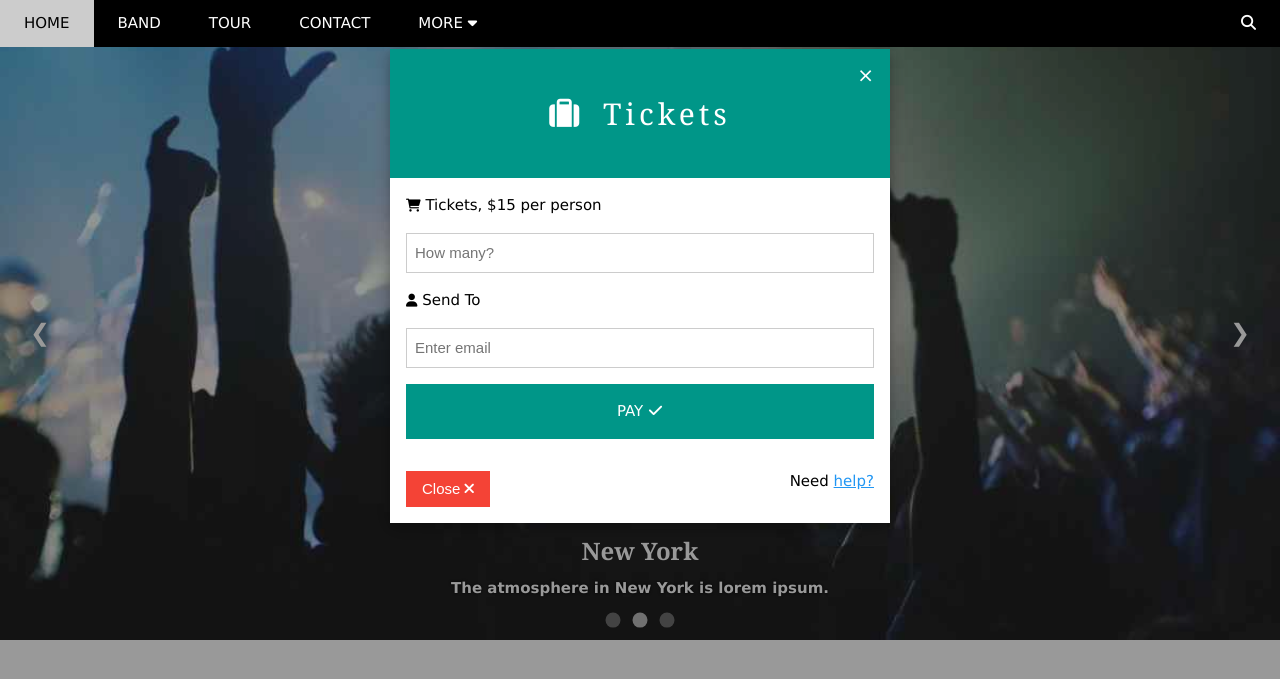
Repository: tam1512/The-Band
Page: index.html
The author's editor kept a copy of each file at every save. The page is drawn from the files as they stood at one save, then again after the next save.
The browser window is 1280 px wide. The pictures show the window.
A layer covers the whole window, so only the first screen is drawn. Some web libraries are served in a nearby version.

Above is the page before, as saved 2022-07-25 10:44:23.

### index.html
<!DOCTYPE html>
<html lang="en">
  <head>
    <meta charset="UTF-8" />
    <meta http-equiv="X-UA-Compatible" content="IE=edge" />
    <meta name="viewport" content="width=device-width, initial-scale=1.0" />
    <link
      rel="stylesheet"
      href="https://cdnjs.cloudflare.com/ajax/libs/font-awesome/6.1.1/css/all.min.css"
      integrity="sha512-KfkfwYDsLkIlwQp6LFnl8zNdLGxu9YAA1QvwINks4PhcElQSvqcyVLLD9aMhXd13uQjoXtEKNosOWaZqXgel0g=="
      crossorigin="anonymous"
      referrerpolicy="no-referrer"
    />
    <link rel="stylesheet" href="./assets/css/style.css" />
    <title>The Band</title>
  </head>
  <body>
    <div class="container">
      <!-- header -->
      <div class="header" id="home">
        <ul class="header_nav">
          <li><a href="#home">HOME</a></li>
          <li><a href="#band">BAND</a></li>
          <li><a href="#tour">TOUR</a></li>
          <li><a href="#contact">CONTACT</a></li>
          <li class="header_nav_dropdown">
            <a href="javascript:void(0)" class="dropbtn">
              MORE
              <i class="fa-solid fa-caret-down"></i>
            </a>
            <div class="dropdown-content">
              <a href="#">Merchandise</a>
              <a href="#">Extras</a>
              <a href="#">Media</a>
            </div>
          </li>
        </ul>
        <div id="header_search">
          <i class="fa-solid fa-magnifying-glass text-white"></i>
        </div>
      </div>
      <!-- Slideshow container -->
      <div class="slider">
        <!-- Full-width image with caption text -->
        <div class="slider_slides-cont">
          <div class="slider_slide">
            <img src="assets/img/la.jpg" alt="Los Angeles" />
            <div class="text padding-32-16 text-white">
              <h3 class="fz-24 margin-10-0">Los Angeles</h3>
              <p class="margin-15-0">
                <b class="text-shadow">We had the bes time playing at Venice Beach!</b>
              </p>
            </div>
          </div>

          <div class="slider_slide">
            <img src="assets/img/ny.jpg" alt="New York" />
            <div class="text padding-32-16 text-white">
              <h3 class="fz-24 margin-10-0">New York</h3>
              <p class="margin-15-0">
                <b class="text-shadow">The atmosphere in New York is lorem ipsum.</b>
              </p>
            </div>
          </div>

          <div class="slider_slide">
            <img src="assets/img/chicago.jpg" alt="Chicago" />
            <div class="text padding-32-16 text-white">
              <h3 class="fz-24 margin-10-0">Chicago</h3>
              <p class="margin-15-0">
                <b class="text-shadow">Thank you, Chicago - A night we won't forget</b>
              </p>
            </div>
          </div>
        </div>

        <!-- The pagination/circles -->
         <div class="slider_pagination"></div>

        <!-- Next and previous buttons (navigatin slide)-->
        <a class="prev">&#10094</a>
        <a class="next">&#10095</a>
      </div>
      <div class="content">
          <div class="padding-64-16 text-center" id="band">
            <h2 class="tilte fz-30 margin-10-0">THE BAND</h2>
            <p class="margin-15-0"><i class="sub-title opacity">We love music</i></p>
            <p class="band_content margin-15-0 text-justify">We have created a fictional band website. Lorem ipsum dolor sit amet, consectetur adipiscing elit, sed do eiusmod tempor incididunt ut labore et dolore magna aliqua. Ut enim ad minim veniam, quis nostrud exercitation ullamco laboris nisi ut aliquip ex ea commodo consequat. Duis aute irure dolor in reprehenderit in voluptate velit esse cillum dolore eu fugiat nulla pariatur. Excepteur sint occaecat cupidatat non proident, sunt in culpa qui officia deserunt mollit anim id est laborum consectetur adipiscing elit, sed do eiusmod tempor incididunt ut labore et dolore magna aliqua. Ut enim ad minim veniam, quis nostrud exercitation ullamco laboris nisi ut aliquip ex ea commodo consequat.</p>
            <div class="row band_members padding-32-0">
              <div class="third band_member">
                <p class="margin-15-0">Name</p>
                <img src="assets/img/bandmember.jpg" alt="band member" class="band_member_img margin-bottom-16">
              </div>
              <div class="third band_member">
                <p class="margin-15-0">Name</p>
                <img src="assets/img/bandmember.jpg" alt="band member" class="band_member_img margin-bottom-16">
              </div>
              <div class="third band_member">
                <p class="margin-15-0">Name</p>
                <img src="assets/img/bandmember.jpg" alt="band member" class="band_member_img margin-bottom-16">
              </div>
            </div>
            <!-- <div style="clear: both;"></div> -->
          </div>
          <div class="backgroud-black" id="tour">
            <div class="tour-container padding-64-16 text-center text-white">
              <h2 class="tilte fz-30 margin-10-0">TOUR DATES</h2>
              <p class="margin-15-0"><i class="sub-title">Remember to book your tickets!</i></p>
              <br>
              <ul class="list-month backgroud-white">
                <li class="month-item padding-8-16 boder-bottom">
                  <p class="month text-grey">September</p>
                  <span class="ticket-sold-out text-white">Sold out</span>
                </li>
                <li class="month-item padding-8-16 boder-bottom">
                  <p class="month text-grey">October</p>
                  <span class="ticket-sold-out text-white">Sold out</span>
                </li>
                <li class="month-item padding-8-16 boder-bottom">
                  <p class="month text-grey">November</p>
                  <span class="ticket-still text-white">3</span>
                </li>
              </ul>

              <div class="row ticket-list padding-32-8">
                <div class="ticket-wrap third margin-bottom-16 padding-0-8">
                  <img class="ticket-img img opacity" src="assets/img/newyork.jpg" alt="Ticket New Yourk">
                  <div class="ticket-content padding-0-16 backgroud-white text-left">
                    <p class="ticket-name margin-15-0 text-black"><b>New Yourk</b></p>
                    <p class="ticket-time margin-15-0 text-grey">Fri 27 Nov 2016</p>
                    <p class="ticket-desc margin-15-0 text-black">Praesent tincidunt sed tellus ut rutrum sed vitae justo.</p>
                    <button class="btn-buy-ticket btn margin-bottom-16">Buy Ticket</button>
                  </div>
                </div>
                <div class="ticket-wrap third margin-bottom-16 padding-0-8">
                  <img class="ticket-img img opacity" src="assets/img/paris.jpg" alt="Ticket Chicago">
                  <div class="ticket-content padding-0-16 backgroud-white text-left">
                    <p class="ticket-name margin-15-0 text-black"><b>Paris</b></p>
                    <p class="ticket-time margin-15-0 text-grey">Sat 28 Nov 2016</p>
                    <p class="ticket-desc margin-15-0 text-black">Praesent tincidunt sed tellus ut rutrum sed vitae justo.</p>
                    <button class="btn-buy-ticket btn margin-bottom-16">Buy Ticket</button>
                  </div>
                </div>
                <div class="ticket-wrap third margin-bottom-16 padding-0-8">
                  <img class="ticket-img img opacity" src="assets/img/sanfran.jpg" alt="Ticket San Francisco">
                  <div class="ticket-content padding-0-16 backgroud-white text-left">
                    <p class="ticket-name margin-15-0 text-black"><b>San Francisco</b></p>
                    <p class="ticket-time margin-15-0 text-grey">Sun 29 Nov 2016</p>
                    <p class="ticket-desc margin-15-0 text-black">Praesent tincidunt sed tellus ut rutrum sed vitae justo.</p>
                    <button class="btn-buy-ticket btn margin-bottom-16">Buy Ticket</button>
                  </div>
                </div>
              </div>
            </div>
          </div>
      </div>
    </div>
    <!-- Ticket modal -->
    <div id="ticketModal">
     <div class="ticket-modal-content">
       <div class="modal-heading padding-32-16">
         <span class="btn-ticket-out btn">&times;</span>
         <h2 class="ticket-title text-center text-white fz-30">
           <i class="fa-solid fa-suitcase"></i>
           Tickets
         </h2>
       </div>
       <form class="ticket-form padding-0-16">
         <label class="ticket-form-label margin-16-0" for="quantity_person">
           <i class="fa-solid fa-cart-shopping"></i>
           Tickets, $15 per person
         </label>
         <input type="text" id="quantity_person" name="quantity_person" placeholder="How many?">
         <label class="ticket-form-label margin-16-0" for="email">
           <i class="fa-solid fa-user"></i>
           Send To
         </label>
         <input type="email" id="email" name="email" placeholder="Enter email">
         <a href="javascipt:void(0)" class="big-btn btn margin-16-0">
           Pay
           <i class="fa-solid fa-check"></i>
         </a>
       </form>
       <div class="modal-footer padding-0-16">
         <button class="ticket-footer-close btn margin-16-0">
           Close
           <i class="fa-solid fa-xmark"></i>
         </button>
         <p class="ticket-help margin-15-0">
           Need
           <a href="javascript::void(0);">help?</a>
         </p>
       </div>
     </div>
    </div>
    <script src="assets/js/js.js"></script>
  </body>
</html>

### assets/css/style.css
:root {
}

* {
  padding: 0em;
  margin: 0;
  box-sizing: border-box;
}

body {
  font-family: Verdana, sans-serif;
  font-size: 15px;
  line-height: 22.5px;
}

h1,
h2,
h3,
h4,
h5,
h6 {
  font-family: Georgia, serif;
}

.fz-24 {
  font-size: 24px;
}

.fz-30 {
  font-size: 30px;
}

.text-white {
  color: white;
}

.text-grey {
  color: #757575;
}

.text-black {
  color: #000;
}

.opacity {
  opacity: 0.6 !important;
}

.backgroud-black {
  background-color: #000;
}

.backgroud-white {
  background-color: #fff;
}

.text-center {
  text-align: center;
}

.text-justify {
  text-align: justify;
}

.text-left {
  text-align: left;
}

.padding-0-8 {
  padding: 0.01em 8px !important;
}

.padding-0-16 {
  padding: 0.01em 16px !important;
}

.padding-64-16 {
  padding: 64px 16px !important;
}

.padding-32-16 {
  padding: 32px 16px !important;
}

.padding-32-8 {
  padding: 32px 8px !important;
}

.padding-32-0 {
  padding: 32px 0 !important;
}

.padding-8-16 {
  padding: 8px 16px !important;
}

.padding-32 {
  padding: 32px !important;
}

.margin-0-24 {
  margin: 0 24px !important;
}

.margin-10-0 {
  margin: 10px 0 !important;
}

.margin-15-0 {
  margin: 15px 0 !important;
}

.margin-16-0 {
  margin: 16px 0 !important;
}

.margin-bottom-16 {
  margin-bottom: 16px;
}

.text-shadow {
  text-shadow: 0 0 3px #000;
}

.boder-bottom {
  border: 1px solid #ddd;
}

.btn {
  display: inline-block;
  text-decoration: none;
  color: white;
  border: none;
  outline: none;
  padding: 8px 16px;
  background-color: #000;
  font-size: 15px;
  text-align: center;
  cursor: pointer;
}

.btn:hover {
  background-color: #ccc;
  color: #000;
}

.img {
  width: 100%;
  outline: none;
  vertical-align: middle;
}

.header {
  position: fixed;
  top: 0;
  right: 0;
  left: 0;
  z-index: 2;
}

.header_nav {
  list-style-type: none;
  background-color: #000;
  overflow: hidden;
}

.header_nav > li {
  float: left;
}

.header_nav > li > a,
.dropbtn {
  display: inline-block;
  padding: 12px 24px;
  text-align: center;
  color: #fff;
  text-decoration: none;
}

.header_nav > li > a:hover,
.header_nav_dropdown:hover,
.dropbtn:hover,
.dropdown-content a:hover {
  background-color: #ccc;
  color: black;
}

li.header_nav_dropdown {
  display: inline-block;
  /* position: relative; */
}

.dropdown-content {
  display: none;
  position: absolute;
  min-width: 160px;
  background-color: #fff;
  box-shadow: 0px 8px 16px 0px rgba(0, 0, 0, 0.2);
  z-index: 1;
}

.dropdown-content a {
  color: #000 !important;
  text-align: left;
  padding: 8px 16px;
  display: block;
  text-decoration: none;
}

.header_nav_dropdown:hover .dropdown-content {
  display: block;
}

#header_search {
  position: absolute;
  top: 0;
  right: 0;
  padding: 12px 24px;
}

#header_search:hover {
  background-color: #f44336;
}

/* Slider */
/* Slideshow container */
.slider,
.slider_slides-cont {
  max-width: 100%;
  height: auto;
  position: relative;
  /* top: 47px; */
  margin: auto;
}

/* Hide the images by default */
.slider_slide {
  display: none;
}

.slider_slide:first-child {
  display: block;
}

.slider_slides-cont img {
  width: 100%;
  height: 100%;
}

/* Next & previous buttons */
.prev,
.next {
  cursor: pointer;
  position: absolute;
  top: 50%;
  transform: translate(0, -50%);
  margin: 10px;
  padding: 24px 20px;
  color: #fff;
  font-weight: bold;
  font-size: 24px;
  transition: background-color 0.6s ease;
  border-radius: 5px 5px 5px 5px;
  user-select: none;
}

/* Position the "next button" to the right */
.next {
  right: 0;
  border-radius: 5px 5px 5px 5px;
}

/* On hover, add a black backgroound color with a little bit see-through */
.prev:hover,
.next:hover {
  background-color: rgba(191, 191, 191, 0.6);
  color: rgb(26, 23, 23);
  font-weight: bolder;
}

/* Caption text */
.text {
  position: absolute;
  left: 50%;
  transform: translate(-50%, -100%);
  text-align: center;
}

.slider_pagination {
  position: absolute;
  left: 50%;
  transform: translate(-50%, -120%);
}

.slider_pagination_btn {
  cursor: pointer;
  padding: 6px;
  background-color: transparent;
  display: inline-block;
  transition: background-color 0.6s ease;
}

.slider_pagination_btn::before {
  content: "";
  display: inline-block;
  height: 15px;
  width: 15px;
  border-radius: 50%;
  background-color: #717171;
}
.slider_pagination_btn.slider_pagination_btn--sel::before,
.slider_pagination_btn:hover::before {
  background-color: #bbb;
}

/* content */

#band,
.tour-container,
#contact {
  max-width: 800px;
  margin-left: auto;
  margin-right: auto;
}

.tilte {
  font-weight: normal;
  line-height: 45px;
  letter-spacing: 4px;
}

/* band */
/* Third image */

.row:after {
  content: "";
  display: table;
  clear: both;
}

.third {
  float: left;
  width: calc(100% / 3);
}

.band_member_img {
  width: 60%;
  border-radius: 4px;
}

/* Month ticket */
.list-month {
  list-style-type: none;
  text-align: left;
}

.month-item {
  position: relative;
}

.month {
  display: inline-block;
}

.ticket-sold-out {
  display: inline-block;
  background-color: #f44336;
  padding: 0.01em 8px;
  margin-left: 16px;
}

.ticket-still {
  display: inline-block;
  padding: 0.01em 8px;
  position: absolute;
  right: 32px;
  text-align: center;
  background-color: #000;
  border-radius: 50%;
}

/* ticket list */
.ticket-list {
  margin: 0 -16px;
}

/* ticket modal */
#ticketModal {
  /* display: none; */
  position: fixed;
  top: 0;
  right: 0;
  bottom: 0;
  left: 0;
  overflow: auto;
  background-color: rgba(0, 0, 0, 0.4);
}

.ticket-modal-content {
  position: relative;
  top: 49px;
  width: 500px;
  margin: auto;
  background-color: #fff;
  box-shadow: 0 4px 10px 0 rgb(0 0 0 / 20%), 0 4px 20px 0 rgb(0 0 0 / 19%);
  animation: animationtop 0.4s;
}

.modal-heading {
  background-color: #009688;
}

.ticket-title {
  font-weight: normal;
  letter-spacing: 4px;
  margin: 10px 0;
  line-height: 45px;
}

.ticket-title i {
  margin-right: 8px;
}

.btn-ticket-out {
  position: absolute;
  top: 0;
  right: 0;
  font-size: 20px;
  line-height: 36px;
  background-color: transparent;
}

.ticket-form-label {
  display: block;
}

.ticket-form-label i {
  line-height: 15px;
  font-size: 13px;
}

#quantity_person,
#email {
  display: block;
  padding: 8px;
  font-size: 15px;
  line-height: 22.5px;
  border: 1px solid #ccc;
  background-color: #fff;
  width: 100%;
}

.big-btn {
  padding: 16px;
  background-color: #009688;
  width: 100%;
  text-transform: uppercase;
}

/* modal footer */
.ticket-footer-close {
  line-height: 20px;
  background-color: #f44336;
}

.ticket-help {
  float: right;
}

.ticket-help a {
  color: #2196f3;
}

.modal-footer::after {
  content: "";
  clear: both;
}

@keyframes animationtop {
  from {
    top: -300px;
    opacity: 0;
  }
  to {
    top: 49px;
    opacity: 1;
  }
}

### assets/js/js.js
let currentIndex = 0;
let newIndex = 0;
let autoplay = true;

//tạo một object cho việc tự động chuyển slide
let Autoplay = {
  timerID: null,
  interval: 4000,

  start: function () {
    this.timerID = setInterval(function () {
      newIndex++;
      navigateSlider();
    }, this.interval);
  },

  reset: function () {
    clearInterval(this.timerID);
    this.start();
  },
};

let slideElements = document.getElementsByClassName("slider_slide");
let slidesLength = slideElements.length;
let paginationElement = document.getElementsByClassName("slider_pagination")[0];
let prevElement = document.getElementsByClassName("prev")[0];
let nextElement = document.getElementsByClassName("next")[0];
// variable modal
let modal = document.getElementById("ticketModal");
let headerModalOut = document.getElementsByClassName("btn-ticket-out")[0];
let footerModalOut = document.getElementsByClassName("ticket-footer-close")[0];
let btnBuyTickets = document.getElementsByClassName("btn-buy-ticket");
// SLIDER
// lấy sự kiện click của 2 nut prev và next
prevElement.addEventListener("click", function () {
  newIndex--;
  navigateSlider();
});

nextElement.addEventListener("click", function () {
  newIndex++;
  navigateSlider();
});

// tạo số dot tương ứng với số slide
paginationHTML = [];
for (let i = 0; i < slidesLength; i++) {
  paginationHTML.push(
    `<span class="slider_pagination_btn" data-index="${i}"></span>`
  );
}
// Thêm paginationHTML vào bên trong thẻ HTML
paginationElement.innerHTML = paginationHTML.join("");

//kiểm tra xem đã có phần tử chứa class="slider_pagination_btn" chưa? nếu có lấy giá trị trong data-index của nó gán cho newIndex
paginationElement.addEventListener("click", function (e) {
  let target = e.target;
  if (target.classList.contains("slider_pagination_btn")) {
    newIndex = Number(target.getAttribute("data-index"));
    navigateSlider();
  }
});

// Hàm hiện thị slide
function navigateSlider() {
  // Kiểm tra để newIndex luôn nằm trong khoảng từ 0 -> slideLength
  if (newIndex < 0) {
    newIndex = slidesLength - 1;
  } else if (newIndex > slidesLength - 1) {
    newIndex = 0;
  }

  //Thêm và xóa slider_pagination_btn--sel
  paginationElement.childNodes[currentIndex].classList.remove(
    "slider_pagination_btn--sel"
  );
  paginationElement.childNodes[newIndex].classList.add(
    "slider_pagination_btn--sel"
  );

  //reset interval(khoảng thời gian) để slide không gặp vấn đề về chuyển đổi
  if (autoplay) {
    Autoplay.reset();
  }

  //Ẩn slide trước và hiện slide cần hiện
  slideElements[currentIndex].style.display = "none";
  slideElements[newIndex].style.display = "block";

  currentIndex = newIndex;
}

// thiết lập autoplay cho slider
if (autoplay) {
  Autoplay.start();
}

// khi load page sẽ bị lỗi hiển thị ban đầu, đây là cách giải quyết
navigateSlider();

// END SLIDER

// MODAL

for (let i = 0; i < btnBuyTickets.length; i++) {
  btnBuyTickets[i].addEventListener("click", () => {
    openModal();
  });
}

headerModalOut.addEventListener("click", function () {
  outMoDal();
});
footerModalOut.addEventListener("click", function () {
  outMoDal();
});

window.addEventListener("click", function (e) {
  if (e.target == modal) {
    outMoDal();
  }
});

function openModal() {
  modal.style.display = "block";
}

function outMoDal() {
  modal.style.display = "none";
}

After the next save:
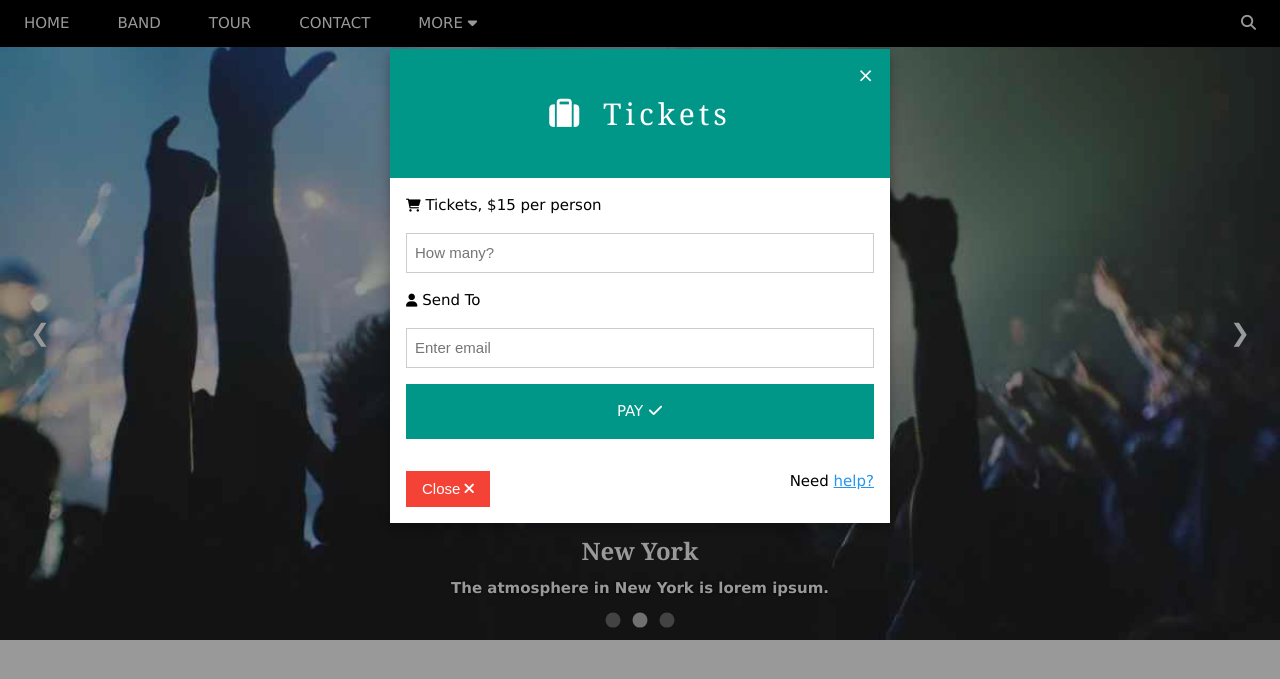
Saved 48 s later.
--- a/assets/css/style.css
+++ b/assets/css/style.css
@@ -394,6 +394,7 @@ li.header_nav_dropdown {
   left: 0;
   overflow: auto;
   background-color: rgba(0, 0, 0, 0.4);
+  z-index: 3;
 }
 
 .ticket-modal-content {
